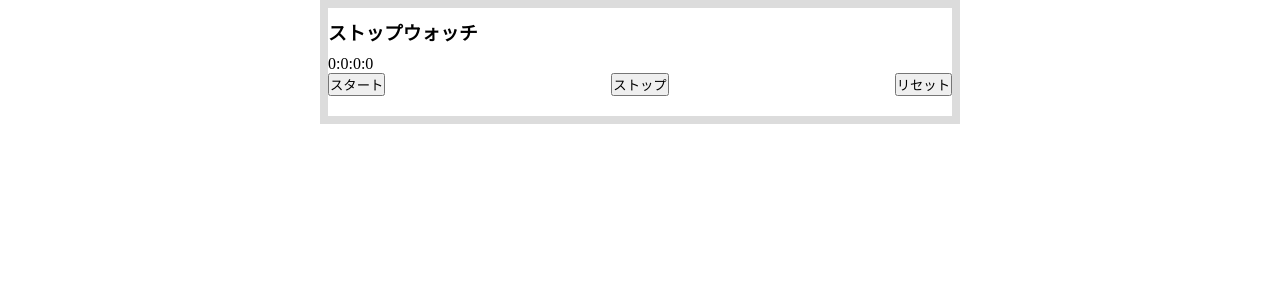
Repository: kenshirou01/TraialStopWatch
Page: kadai2/index.html
The author's editor kept a record of every edit. The page is drawn from the files as they stood at one moment, then again after the next edit.
The browser window is 1280 px wide. The pictures show the whole page.

Above is the page before.
Console error: TypeError: Cannot set properties of null (setting 'disabled')

### kadai2/index.html
<!DOCTYPE html>
<html lang="js">
<head>
  <meta charset="utf-8">
  <title>ストップウォッチ</title>
  <script src="js/jquery-3.6.0.js"></script>
  <link rel="stylesheet" href="css/main.css">
</head>
<body>

  <div class="continner">
    <h3>ストップウォッチ</h3>

    <div class=timer>0:0:0:0</div>

    <div class="buttons">
      <button class="button_start">スタート</button>
      <button class="button_stop">ストップ</button>
      <button class="button_reset">リセット</button>
    </div>
  </div>


  <script src="js/main.js"></script>
</body>
</html>

### kadai2/css/main.css
body, div, h3, button {
    padding: 0;
    margin: 0;
    box-sizing: border-box;
}

button {
    cursor: pointer;
}

.continner {
    width: 50%;
    border: solid;
    border-width: 8px;
    border-color: #dcdcdc;
    margin: 0 auto;
}

.content {
    text-align: center;
    padding-left: 20px;
    padding-right: 20px;
}

.continner h3 {
    margin: 10px 0;
}

#timer {
    font-size: 30px;
    letter-spacing: 10px;
    padding: 20px
}

.buttons {
    margin-bottom: 20px;
    display: flex;
    justify-content: space-between;
}

.button_width {
    padding: 10px;
}

### kadai2/js/main.js
'use strict';
/* global $*/

{
    const timer = document.getElementById('timer');
    const start = document.getElementById('start');
    const stop = document.getElementById('stop');
    const reset = document.getElementById('reset');
    // クリック時の時間を保持する
    let startTime;
    // 経過時刻を更新する
    let elapsedTime = 0;
    // タイマーを止めるにはclearTimeoutを使い、引数に渡すIDが必要
    let timerId;
    // タイマーをストップ -> 再開させたら０になってしまうのを避ける変数。
    let timeToadd = 0;

    // Activated();
    stop.disabled=true;

    function updateTimetText(){
        // 変数 = 13520 / xミリ秒で割った数の商
        let m = Math.floor(elapsedTime / 60000);
        //s(秒) = 135200 % 60000ミリ秒で / 1000 (ミリ秒なので1000で割ってやる) -> 15秒
        let ds = Math.floor(elapsedTime % 60000 / 10000)
        let s = Math.floor(elapsedTime % 60000 / 1000);
        let ms = elapsedTime % 1000;

        // 例135200 / 60000 = 2(Math.floorで少数点切捨てるので)-1で末尾一桁固定にできる。
        m = ('0' + m).slice(-1);
        ds = ('0' + ds).slice(-1);
        s = ('0' + s).slice(-1);
        ms = ('0' + ms).slice(1,2);

        // 表示させる。
        timer.textContent = m + ':' + ds + ':' + s + ':' + ms;


    }

    function countUp() {
        // timerId変数はsetTimeoutの返り値になるので代入する
        timerId = setTimeout(function(){
            //経過時刻は現在時刻をミリ秒で示すDate.now()からstartを押した時の時刻(startTime)を引く
            elapsedTime = Date.now() - startTime + timeToadd;
            updateTimetText();

            //countUp関数自身を呼ぶことで10ミリ秒毎に以下の計算を始める
            countUp();

        },10);
    }

    // startボタンにクリック時のイベントを追加（タイマースタートイベント）
    start.addEventListener('click', function(){

        // クリックした時間を代入
        startTime = Date.now();
        countUp();

        Activated();
    });

    // stopボタンにクリック時のイベントを追加
    stop.addEventListener('click', function(){
        Activated();
        //タイマーを止めるにはclearTimeoutを使う必要があり、
        // そのためにはclearTimeoutの引数に渡すためのタイマーのidが必要
        clearTimeout(timerId);

        // stopした際の経過時間を再開時に＋
        timeToadd += Date.now() - startTime;
    });

    // resetボタンにクリック時のイベントを追加
    reset.addEventListener('click', function() {
       elapsedTime = 0;
       timeToadd = 0;
       updateTimetText();
    });

    function Activated(){
        if(start.disabled === false){
            start.disabled=true;
            reset.disabled=true;
            stop.disabled=false;
            // start.removeAttribute("disabled");
        }else if(stop.disabled === false){
            start.disabled=false;
            reset.disabled=false;
            stop.disabled=true;
        }
    }

}

Loaded but not shown: kadai2/js/jquery-3.6.0.js (library)

After the next edit:
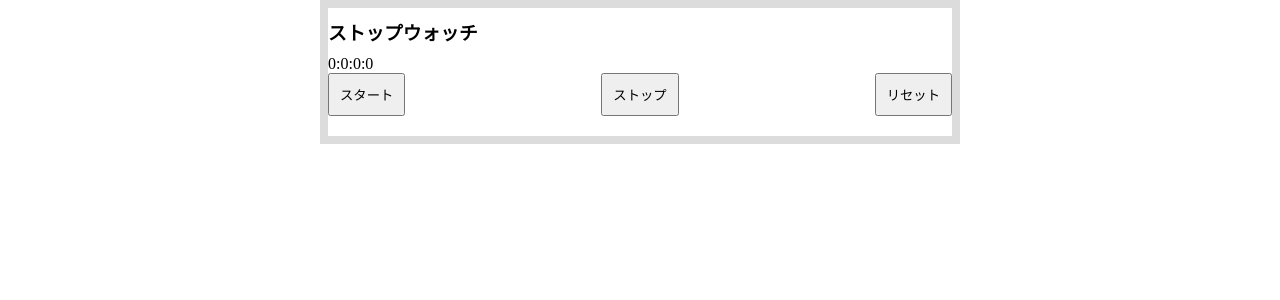
The edit:
--- a/kadai2/index.html
+++ b/kadai2/index.html
@@ -14,9 +14,9 @@
     <div class=timer>0:0:0:0</div>
 
     <div class="buttons">
-      <button class="button_start">スタート</button>
-      <button class="button_stop">ストップ</button>
-      <button class="button_reset">リセット</button>
+      <button class="button_start button_width">スタート</button>
+      <button class="button_stop button_width">ストップ</button>
+      <button class="button_reset button_width">リセット</button>
     </div>
   </div>
 
